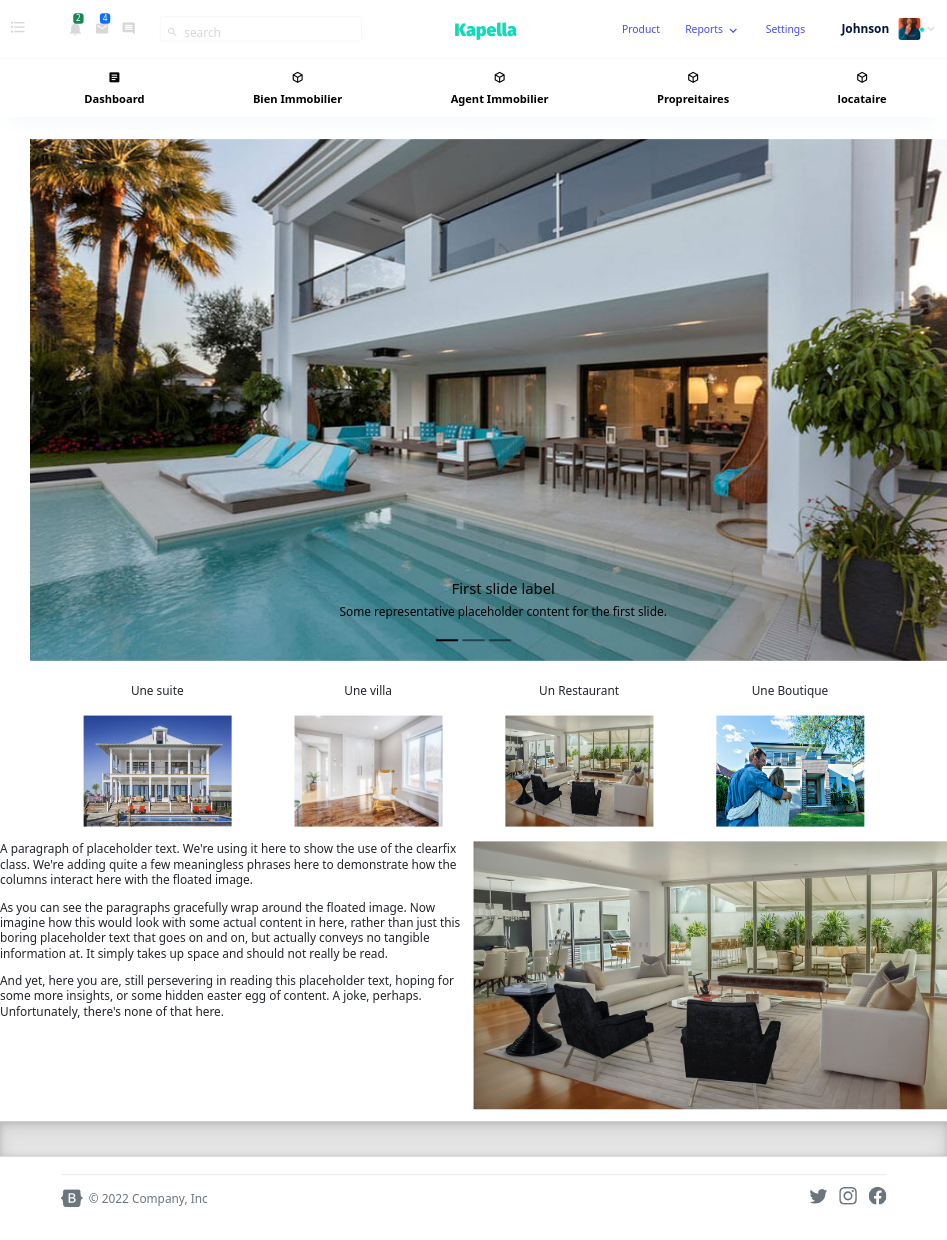
Repository: dimitri0004/Bien
Page: templates/dashbord/index.html.twig
An editor plug-in stored every save of this project. The page is shown before and after the next save, followed by the edit.
The browser window is 1280 px wide. The pictures show the whole page, at 74% of full size.
The page is a Twig template of a Symfony application; nobody is signed in and links lead nowhere. The template is opened directly, without the code that normally fills it, so the values that code supplies are empty.

Above is the page before, as saved 2023-04-05 01:44:36.
Console error: TypeError: Cannot read properties of null (reading 'addEventListener')

### templates/dashbord/index.html.twig
{% extends 'base.html.twig' %}

{% block title %}Hello DashbordController!{% endblock %}

{% block body %}

    <div id="carouselExampleDark" class="carousel carousel-dark slide">
        <div class="carousel-indicators">
          <button type="button" data-bs-target="#carouselExampleDark" data-bs-slide-to="0" class="active" aria-current="true" aria-label="Slide 1"></button>
          <button type="button" data-bs-target="#carouselExampleDark" data-bs-slide-to="1" aria-label="Slide 2"></button>
          <button type="button" data-bs-target="#carouselExampleDark" data-bs-slide-to="2" aria-label="Slide 3"></button>
        </div>
        <div class="carousel-inner" style="margin-left: 40px; margin-right: 40px; margin-top: 30px; margin-bottom:30px;" >
          <div class="carousel-item active" data-bs-interval="10000">
            <img src="{{ asset('uploads/image2.jpg') }}" class="d-block w-100" alt="...">
            <div class="carousel-caption d-none d-md-block">
              <h5  style="color:black"ss>First slide label</h5>
              <p style="color:black">Some representative placeholder content for the first slide.</p>
            </div>
          </div>
          <div class="carousel-item" data-bs-interval="2000">
            <img src="{{ asset('uploads/image1.jpg') }}" class="d-block w-100" alt="...">
            <div class="carousel-caption d-none d-md-block">
              <h5  style="color:black">Second slide label</h5>
              <p  style="color:black">Some representative placeholder content for the second slide.</p>
            </div>
          </div>
          <div class="carousel-item">
            <img src="{{ asset('uploads/image3.jpg') }}" class="d-block w-100" alt="...">
            <div class="carousel-caption d-none d-md-block">
              <h5  style="color:black">Third slide label</h5>
              <p  style="color:black">Some representative placeholder content for the third slide.</p>
            </div>
          </div>
        </div>
        <button class="carousel-control-prev" type="button" data-bs-target="#carouselExampleDark" data-bs-slide="prev">
          <span class="carousel-control-prev-icon" aria-hidden="true"></span>
          <span class="visually-hidden">Previous</span>
        </button>
        <button class="carousel-control-next" type="button" data-bs-target="#carouselExampleDark" data-bs-slide="next">
          <span class="carousel-control-next-icon" aria-hidden="true"></span>
          <span class="visually-hidden">Next</span>
        </button>
      </div>

      <div class="container text-center" style="margin-bottom: 20px;">
        <div class="row">
            <div class="col" >
                <p> Une suite</p>
                <img class='mt-2' style="width:200px ; height:150px" src="{{ asset('uploads/img.jpg') }}" class="d-block w-100" alt="...">
            </div>
            <div class="col">
                    <p>Une villa </p>
                    <img class='mt-2' style="width:200px ; height:150px" src="{{ asset('uploads/img4.jpg') }}" class="d-block w-100" alt="...">
            </div>
            <div class="col">
                    <p>Un Restaurant </p>
                    <img class='mt-2'style="width:200px ; height:150px" src="{{ asset('uploads/img7.jpg') }}" class="d-block w-100" alt="...">
            </div>
            <div class="col">
                <p>Une Boutique </p>
                <img class='mt-2'style="width:200px ; height:150px" src="{{ asset('uploads/img6.jpg') }}" class="d-block w-100" alt="...">
            </div>
        </div>
    </div>

    <div class="clearfix">
        <img src="{{ asset('uploads/img7.jpg') }}" class="col-md-6 float-md-end mb-3 ms-md-3" alt="...">

        <p>
          A paragraph of placeholder text. We're using it here to show the use of the clearfix class. We're adding quite a few meaningless phrases here to demonstrate how the columns interact here with the floated image.
        </p>

        <p>
          As you can see the paragraphs gracefully wrap around the floated image. Now imagine how this would look with some actual content in here, rather than just this boring placeholder text that goes on and on, but actually conveys no tangible information at. It simply takes up space and should not really be read.
        </p>

        <p>
          And yet, here you are, still persevering in reading this placeholder text, hoping for some more insights, or some hidden easter egg of content. A joke, perhaps. Unfortunately, there's none of that here.
        </p>
      </div>



{% endblock %}

### templates/base.html.twig
<!DOCTYPE html>
<html>
    <head>
        <meta charset="UTF-8">
        <meta name="viewport" content="width=device-width, initial-scale=1, shrink-to-fit=no">
        <title>{% block title %}Welcome!{% endblock %}</title>
        <link rel="icon" href="data:[embedded picture, 143 characters]">
        {# Run `composer require symfony/webpack-encore-bundle` to start using Symfony UX #}
        <!-- Required meta tags -->
        <!-- base:css -->




        {% block stylesheets %}
            <link rel="stylesheet" href="{{asset('vendors/base/vendor.bundle.base.css')}}">
            <link rel="stylesheet" href="{{asset('vendors/mdi/css/materialdesignicons.min.css')}}">
            <link rel="stylesheet" href="{{asset('css/style.css')}}">
            <link rel="shortcut icon" href="{{asset('images/favicon.png')}}" >
            <link rel="canonical" href="https://getbootstrap.com/docs/5.3/examples/footers/">
            <link href="{{ asset('css/bootstrap.min.css') }}" rel="stylesheet">





<link href="../assets/dist/css/bootstrap.min.css" rel="stylesheet">


        {% endblock %}



        {% block javascripts %} {% endblock %}

        <script src="{{asset('vendors/base/vendor.bundle.base.js')}}" defer></script>
        <script src="{{asset('js/template.js')}}" defer></script>
        <script src="{{asset('vendors/chart.js/Chart.min.js')}}"defer></script>
        <script src="{{asset('vendors/progressbar.js/progressbar.min.js')}}"></script>
        <script src="{{asset('vendors/chartjs-plugin-datalabels/chartjs-plugin-datalabels.js')}}"defer></script>
        <script src="{{asset('vendors/justgage/raphael-2.1.4.min.js')}}"defer></script>
        <script src="{{asset('vendors/justgage/justgage.js')}}"defer></script>
        <script src="{{asset('js/jquery.cookie.js')}}" type="text/javascript" defer></script>
        <script src="{{asset('js/dashboard.js')}}" defer></script>
        <script src="{{ asset('js/bootstrap.bundle.min.js') }}" defer></script>



    </head>
    <body>
        {% include "_partiels/nav.html.twig" %}
        {% block body %}

        {% endblock %}
        {% include "_partiels/footer.html.twig" %}
    </body>
</html>

### templates/_partiels/footer.html.twig
<style>
    .bd-placeholder-img {
      font-size: 1.125rem;
      text-anchor: middle;
      -webkit-user-select: none;
      -moz-user-select: none;
      user-select: none;
    }

    @media (min-width: 768px) {
      .bd-placeholder-img-lg {
        font-size: 3.5rem;
      }
    }

    .b-example-divider {
      height: 3rem;
      background-color: rgba(0, 0, 0, .1);
      border: solid rgba(0, 0, 0, .15);
      border-width: 1px 0;
      box-shadow: inset 0 .5em 1.5em rgba(0, 0, 0, .1), inset 0 .125em .5em rgba(0, 0, 0, .15);
    }

    .b-example-vr {
      flex-shrink: 0;
      width: 1.5rem;
      height: 100vh;
    }

    .bi {
      vertical-align: -.125em;
      fill: currentColor;
    }

    .nav-scroller {
      position: relative;
      z-index: 2;
      height: 2.75rem;
      overflow-y: hidden;
    }

    .nav-scroller .nav {
      display: flex;
      flex-wrap: nowrap;
      padding-bottom: 1rem;
      margin-top: -1px;
      overflow-x: auto;
      text-align: center;
      white-space: nowrap;
      -webkit-overflow-scrolling: touch;
    }
</style>
<body>
    <svg xmlns="http://www.w3.org/2000/svg" style="display: none;">
        <symbol id="bootstrap" viewBox="0 0 118 94">
          <title>Bootstrap</title>
          <path fill-rule="evenodd" clip-rule="evenodd" d="M24.509 0c-6.733 0-11.715 5.893-11.492 12.284.214 6.14-.064 14.092-2.066 20.577C8.943 39.365 5.547 43.485 0 44.014v5.972c5.547.529 8.943 4.649 10.951 11.153 2.002 6.485 2.28 14.437 2.066 20.577C12.794 88.106 17.776 94 24.51 94H93.5c6.733 0 11.714-5.893 11.491-12.284-.214-6.14.064-14.092 2.066-20.577 2.009-6.504 5.396-10.624 10.943-11.153v-5.972c-5.547-.529-8.934-4.649-10.943-11.153-2.002-6.484-2.28-14.437-2.066-20.577C105.214 5.894 100.233 0 93.5 0H24.508zM80 57.863C80 66.663 73.436 72 62.543 72H44a2 2 0 01-2-2V24a2 2 0 012-2h18.437c9.083 0 15.044 4.92 15.044 12.474 0 5.302-4.01 10.049-9.119 10.88v.277C75.317 46.394 80 51.21 80 57.863zM60.521 28.34H49.948v14.934h8.905c6.884 0 10.68-2.772 10.68-7.727 0-4.643-3.264-7.207-9.012-7.207zM49.948 49.2v16.458H60.91c7.167 0 10.964-2.876 10.964-8.281 0-5.406-3.903-8.178-11.425-8.178H49.948z"></path>
        </symbol>
        <symbol id="facebook" viewBox="0 0 16 16">
          <path d="M16 8.049c0-4.446-3.582-8.05-8-8.05C3.58 0-.002 3.603-.002 8.05c0 4.017 2.926 7.347 6.75 7.951v-5.625h-2.03V8.05H6.75V6.275c0-2.017 1.195-3.131 3.022-3.131.876 0 1.791.157 1.791.157v1.98h-1.009c-.993 0-1.303.621-1.303 1.258v1.51h2.218l-.354 2.326H9.25V16c3.824-.604 6.75-3.934 6.75-7.951z"/>
        </symbol>
        <symbol id="instagram" viewBox="0 0 16 16">
            <path d="M8 0C5.829 0 5.556.01 4.703.048 3.85.088 3.269.222 2.76.42a3.917 3.917 0 0 0-1.417.923A3.927 3.927 0 0 0 .42 2.76C.222 3.268.087 3.85.048 4.7.01 5.555 0 5.827 0 8.001c0 2.172.01 2.444.048 3.297.04.852.174 1.433.372 1.942.205.526.478.972.923 1.417.444.445.89.719 1.416.923.51.198 1.09.333 1.942.372C5.555 15.99 5.827 16 8 16s2.444-.01 3.298-.048c.851-.04 1.434-.174 1.943-.372a3.916 3.916 0 0 0 1.416-.923c.445-.445.718-.891.923-1.417.197-.509.332-1.09.372-1.942C15.99 10.445 16 10.173 16 8s-.01-2.445-.048-3.299c-.04-.851-.175-1.433-.372-1.941a3.926 3.926 0 0 0-.923-1.417A3.911 3.911 0 0 0 13.24.42c-.51-.198-1.092-.333-1.943-.372C10.443.01 10.172 0 7.998 0h.003zm-.717 1.442h.718c2.136 0 2.389.007 3.232.046.78.035 1.204.166 1.486.275.373.145.64.319.92.599.28.28.453.546.598.92.11.281.24.705.275 1.485.039.843.047 1.096.047 3.231s-.008 2.389-.047 3.232c-.035.78-.166 1.203-.275 1.485a2.47 2.47 0 0 1-.599.919c-.28.28-.546.453-.92.598-.28.11-.704.24-1.485.276-.843.038-1.096.047-3.232.047s-2.39-.009-3.233-.047c-.78-.036-1.203-.166-1.485-.276a2.478 2.478 0 0 1-.92-.598 2.48 2.48 0 0 1-.6-.92c-.109-.281-.24-.705-.275-1.485-.038-.843-.046-1.096-.046-3.233 0-2.136.008-2.388.046-3.231.036-.78.166-1.204.276-1.486.145-.373.319-.64.599-.92.28-.28.546-.453.92-.598.282-.11.705-.24 1.485-.276.738-.034 1.024-.044 2.515-.045v.002zm4.988 1.328a.96.96 0 1 0 0 1.92.96.96 0 0 0 0-1.92zm-4.27 1.122a4.109 4.109 0 1 0 0 8.217 4.109 4.109 0 0 0 0-8.217zm0 1.441a2.667 2.667 0 1 1 0 5.334 2.667 2.667 0 0 1 0-5.334z"/>
        </symbol>
        <symbol id="twitter" viewBox="0 0 16 16">
          <path d="M5.026 15c6.038 0 9.341-5.003 9.341-9.334 0-.14 0-.282-.006-.422A6.685 6.685 0 0 0 16 3.542a6.658 6.658 0 0 1-1.889.518 3.301 3.301 0 0 0 1.447-1.817 6.533 6.533 0 0 1-2.087.793A3.286 3.286 0 0 0 7.875 6.03a9.325 9.325 0 0 1-6.767-3.429 3.289 3.289 0 0 0 1.018 4.382A3.323 3.323 0 0 1 .64 6.575v.045a3.288 3.288 0 0 0 2.632 3.218 3.203 3.203 0 0 1-.865.115 3.23 3.23 0 0 1-.614-.057 3.283 3.283 0 0 0 3.067 2.277A6.588 6.588 0 0 1 .78 13.58a6.32 6.32 0 0 1-.78-.045A9.344 9.344 0 0 0 5.026 15z"/>
        </symbol>
      </svg>

      <div class="b-example-divider"></div>
      <div class="container">
        <footer class="d-flex flex-wrap justify-content-between align-items-center py-3 my-4 border-top">
          <div class="col-md-4 d-flex align-items-center">
            <a href="/" class="mb-3 me-2 mb-md-0 text-muted text-decoration-none lh-1">
              <svg class="bi" width="30" height="24"><use xlink:href="#bootstrap"/></svg>
            </a>
            <span class="mb-3 mb-md-0 text-muted">&copy; 2022 Company, Inc</span>
          </div>

          <ul class="nav col-md-4 justify-content-end list-unstyled d-flex">
            <li class="ms-3"><a class="text-muted" href="#"><svg class="bi" width="24" height="24"><use xlink:href="#twitter"/></svg></a></li>
            <li class="ms-3"><a class="text-muted" href="#"><svg class="bi" width="24" height="24"><use xlink:href="#instagram"/></svg></a></li>
            <li class="ms-3"><a class="text-muted" href="#"><svg class="bi" width="24" height="24"><use xlink:href="#facebook"/></svg></a></li>
          </ul>
        </footer>
      </div>
</body>

Loaded but not shown: public/vendors/base/vendor.bundle.base.css (common file); public/vendors/mdi/css/materialdesignicons.min.css (library); public/css/style.css (library); public/css/bootstrap.min.css (library); public/vendors/progressbar.js/progressbar.min.js (library); public/vendors/base/vendor.bundle.base.js (library); public/vendors/chart.js/Chart.min.js (library); public/vendors/chartjs-plugin-datalabels/chartjs-plugin-datalabels.js (library); public/vendors/justgage/raphael-2.1.4.min.js (library); public/vendors/justgage/justgage.js (library); public/js/jquery.cookie.js (library); public/js/bootstrap.bundle.min.js (library); public/images/logo.svg (3 lines, source omitted); public/images/logo-mini.svg (12 lines, source omitted); public/js/dashboard.js (1172 lines, source omitted); public/js/template.js (126 lines, source omitted); templates/_partiels/nav.html.twig (246 lines, source omitted)

After the next save:
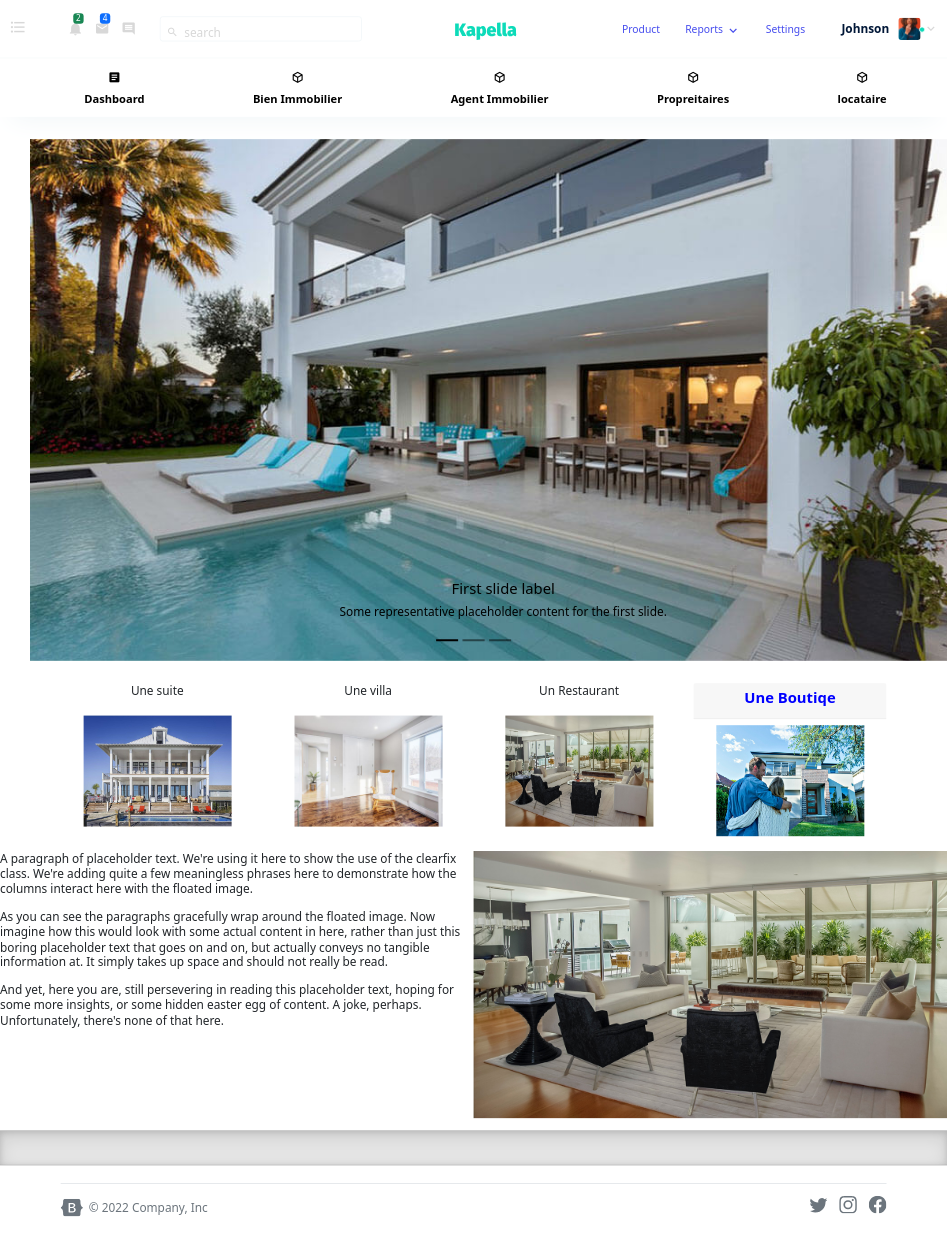
Saved 4 min 28 s later.
--- a/templates/dashbord/index.html.twig
+++ b/templates/dashbord/index.html.twig
@@ -58,7 +58,9 @@
                     <img class='mt-2'style="width:200px ; height:150px" src="{{ asset('uploads/img7.jpg') }}" class="d-block w-100" alt="...">
             </div>
             <div class="col">
-                <p>Une Boutique </p>
+                <div class="card-header">
+                    <strong> <h5 class="card-title" style="color: blue;font-weight: bold; " > Une Boutiqe </h5></strong>
+                  </div>
                 <img class='mt-2'style="width:200px ; height:150px" src="{{ asset('uploads/img6.jpg') }}" class="d-block w-100" alt="...">
             </div>
         </div>
